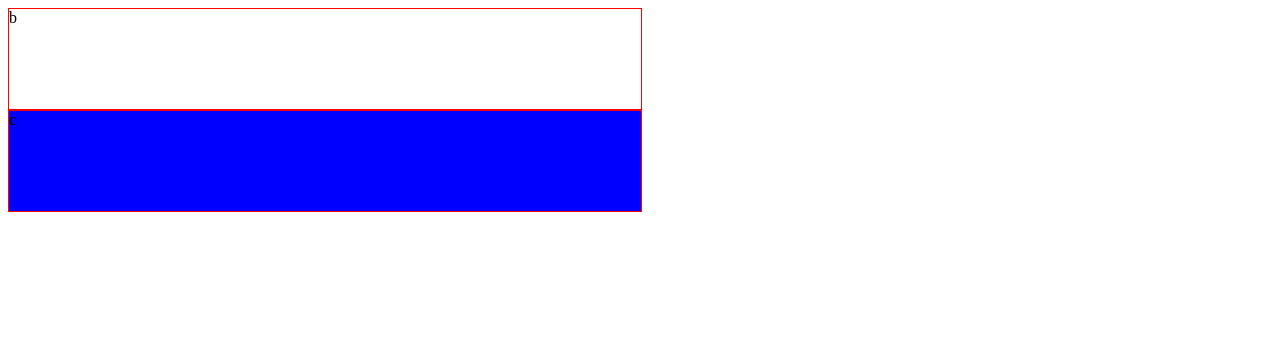
Repository: Nzhe/hehe
Page: real/colorbox/src/main/webapp/NewFile.html
The author's editor kept a copy of each file at every save. The page is drawn from the files as they stood at one save, then again after the next save.
The browser window is 1280 px wide. The pictures show the whole page.

Above is the page before, as saved 2021-09-09 03:00:41.

### real/colorbox/src/main/webapp/NewFile.html
<!DOCTYPE html>
	<html>
		<head>
			<meta charset="UTF-8">
			<meta http-equiv="X-UA-Compatible" content="IE=edge">
    		<meta name="viewport" content="width=device-width, initial-scale=1.0">
   	 		<meta name="keywords" content="여기에 중요한 검색어를 입력합니다." />
			<meta name="description" content="이 사이트를 설멍할 수 있는 간단한 문구를 작성합니다." />
			<title>이 사이트에 가장 중요한 단어를 여기에 입력</title>
			<script src="https://ajax.googleapis.com/ajax/libs/jquery/3.5.1/jquery.min.js"></script>

			<style>
				div{
					width : 50%;
					height : 100px;
					border : 1px solid red;

					}
					#one{
					background : red;
					}
					#two{
					background : hellow;
					}
					#three{
					background : blue;
					}

			</style>

		</head>


	<body>
		<div id="one" hidden="hidden" >a</div>
		<div id="two">b</div>
		<div id="three">c</div>
	</body>
</html>

After the next save:
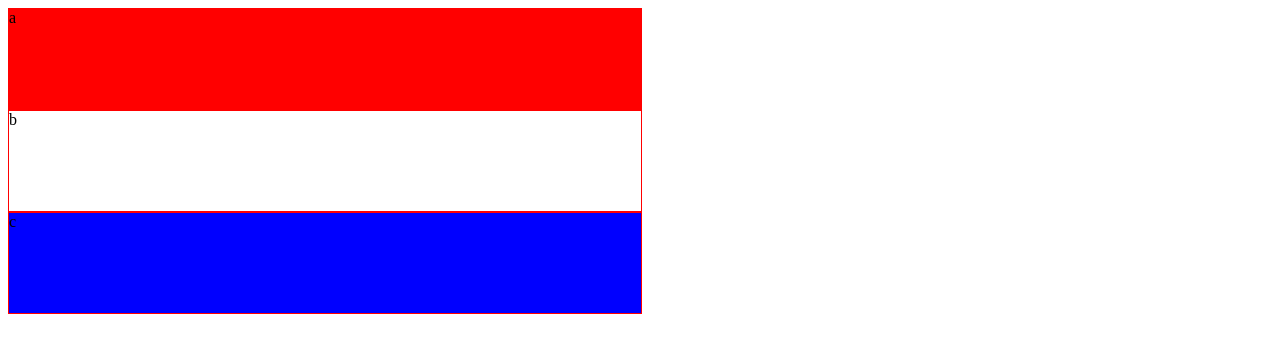
Saved 10 s later.
--- a/real/colorbox/src/main/webapp/NewFile.html
+++ b/real/colorbox/src/main/webapp/NewFile.html
@@ -32,7 +32,7 @@
 
 
 	<body>
-		<div id="one" hidden="hidden" >a</div>
+		<div id="one">a</div>
 		<div id="two">b</div>
 		<div id="three">c</div>
 	</body>
